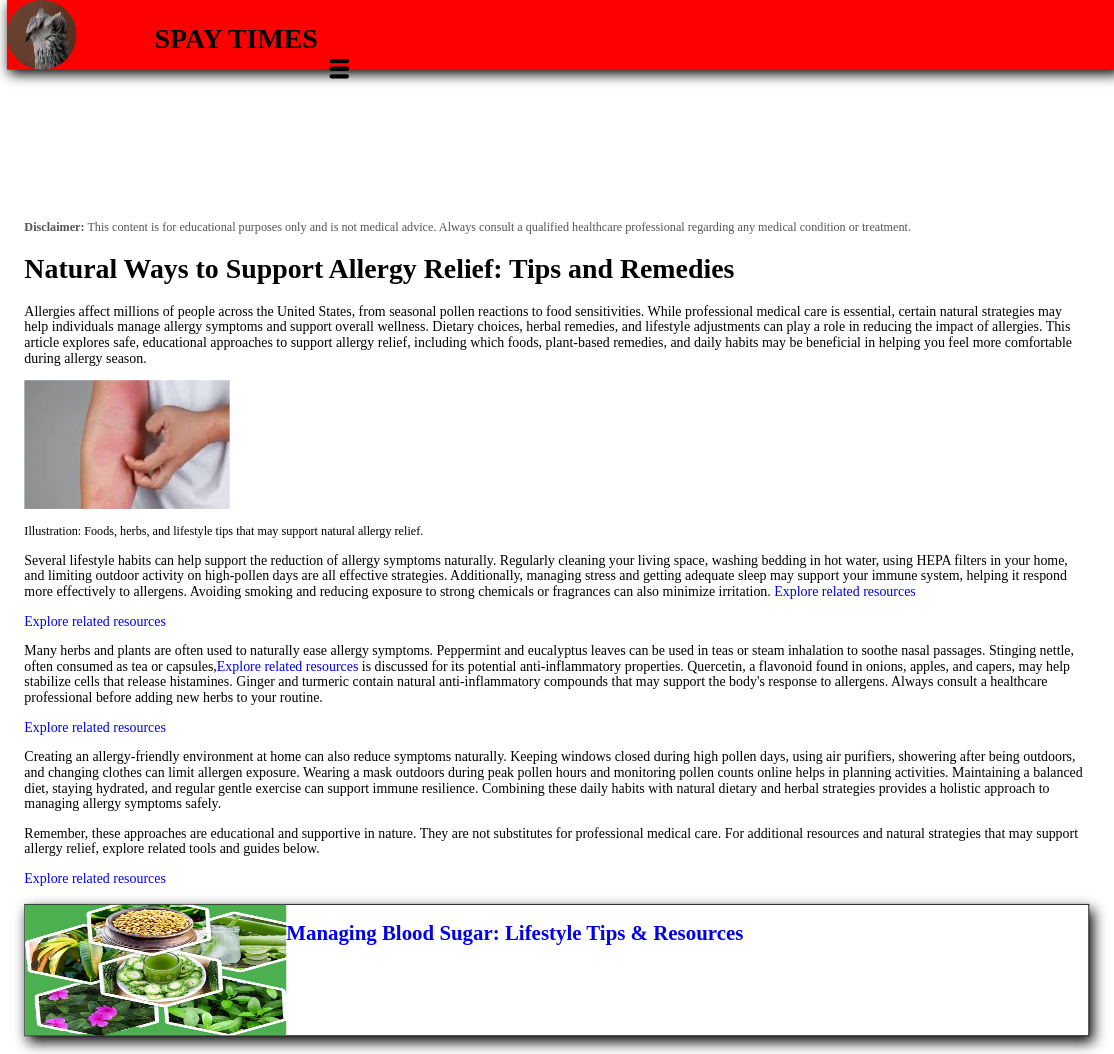
Repository: ridhukhan/spytimes
Page: /allergy
An editor plug-in stored every save of this project. The page is shown before and after the next save, followed by the edit.
The browser window is 1280 px wide. The pictures show the whole page, at 87% of full size.
The project was rebuilt for these pictures with package versions that can differ from the ones it lists, and the page was loaded fresh each time. Also part of the build but not shown: vite.config.js.

Above is the page before, as saved 2026-01-12 18:37:07.

After the next save:
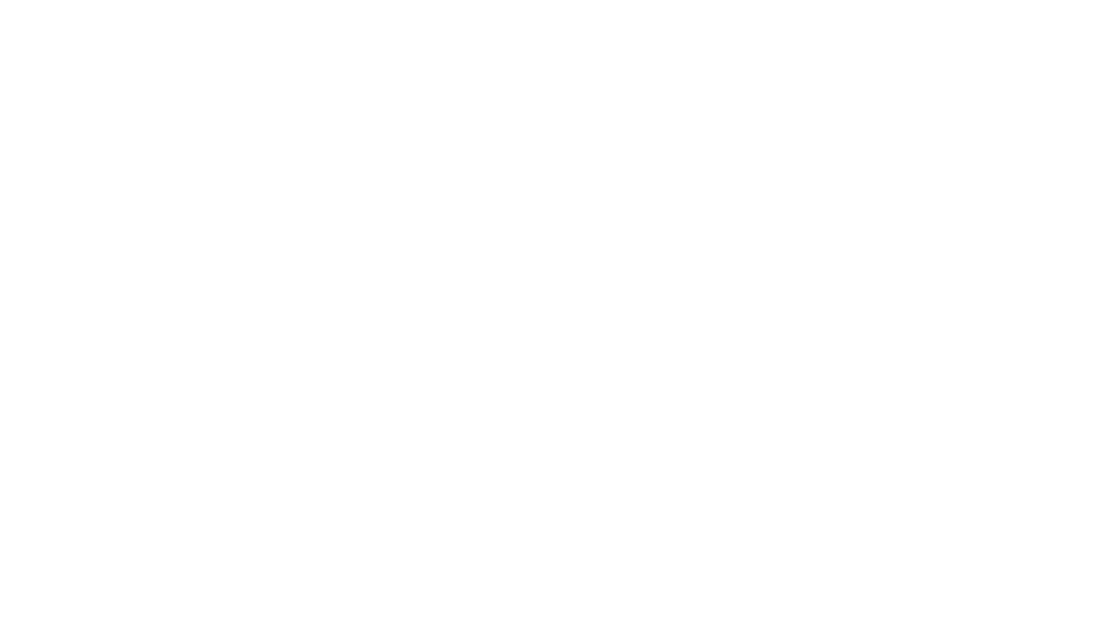
Console error (its wording comes from the project's code and is left out).
Saved 92 s later.
--- a/index.html
+++ b/index.html
@@ -10,7 +10,7 @@
    </head>
 
   <body>
-    <div id="root"></div>
+    <div id="#root"></div>
 
 
   </body>

After the save that followed:
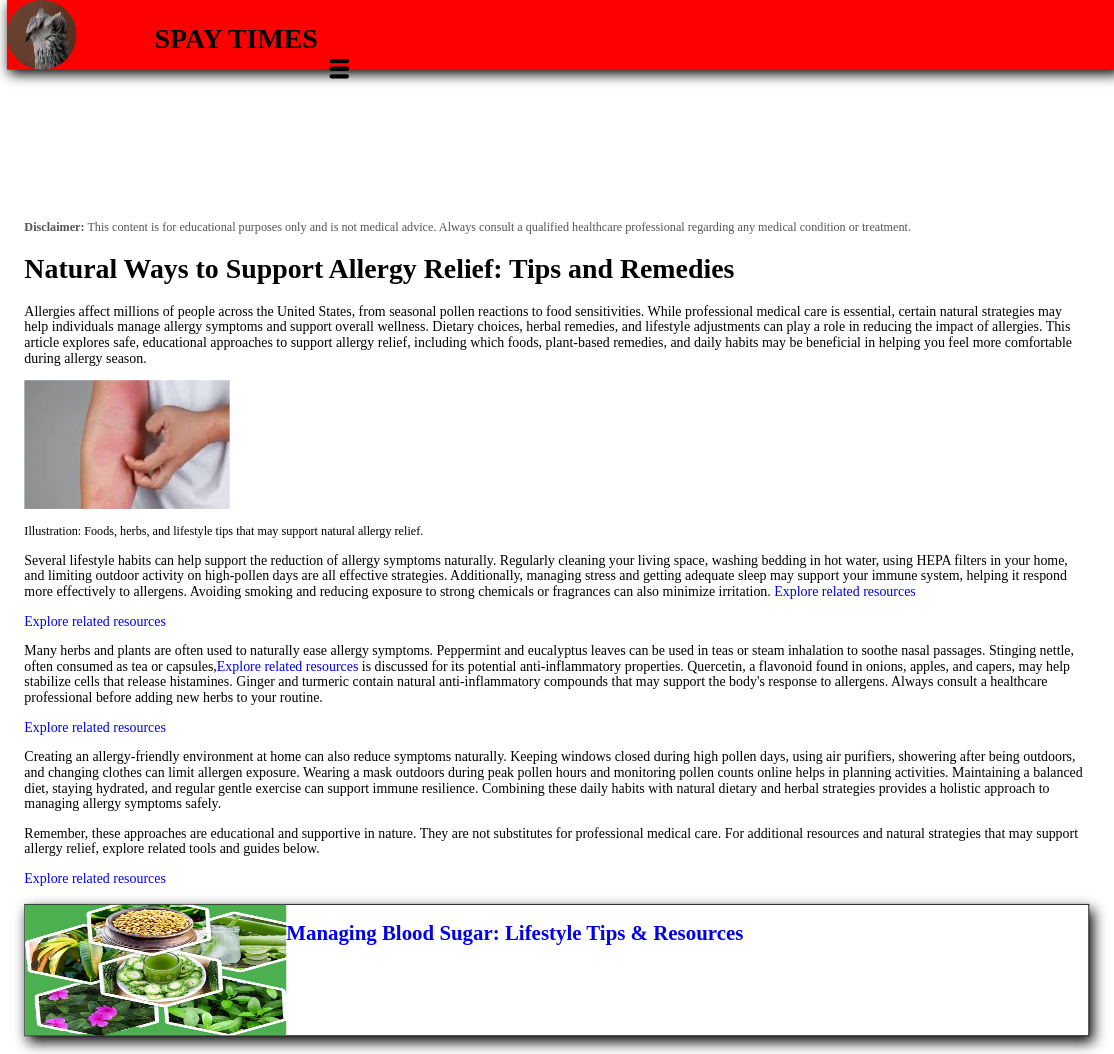
The error is gone.
Saved 16 s later.
--- a/index.html
+++ b/index.html
@@ -10,7 +10,7 @@
    </head>
 
   <body>
-    <div id="#root"></div>
+    <div id="root"></div>
 
 
   </body>
